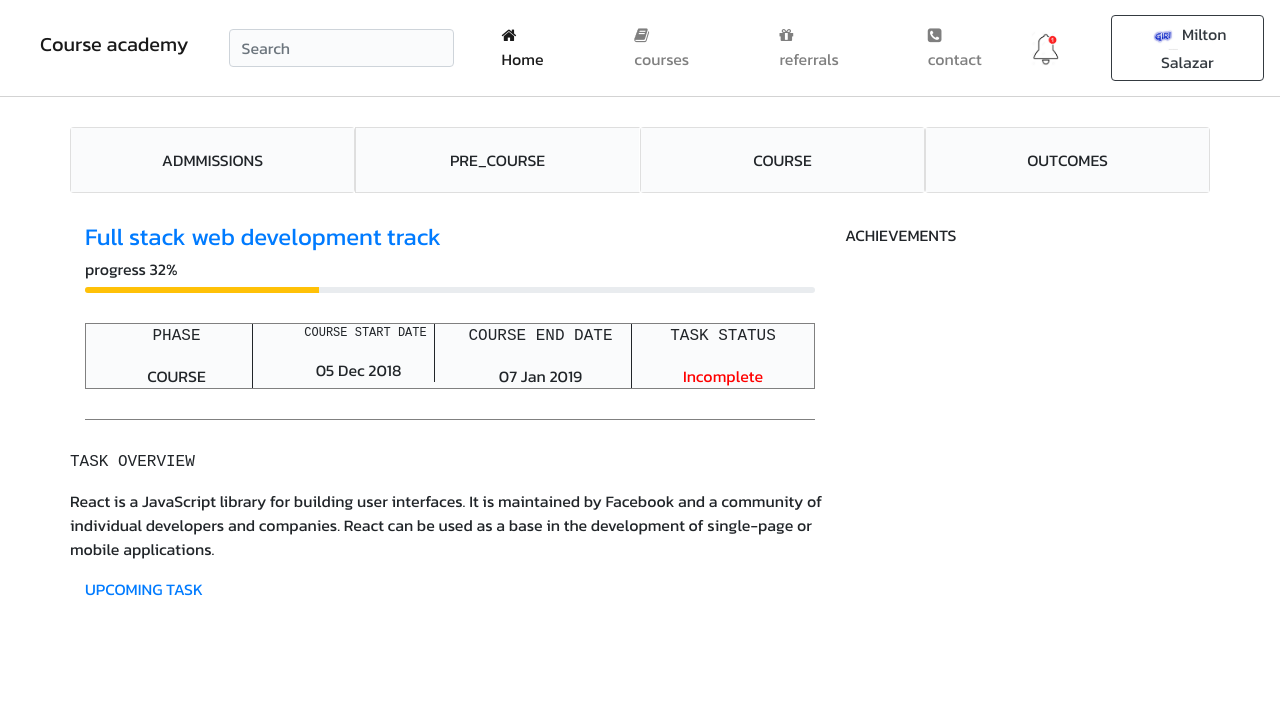
Repository: giribabu1997/html-layout
Page: task.html
An editor plug-in stored every save of this project. The page is shown before and after a run of saves, followed by the edit.
The browser window is 1280 px wide. The pictures show the whole page.
Some web fonts or font styles are not loaded; a fallback is used.

Above is the page before, as saved 2019-06-25 21:51:23.

After the next 5 saves:
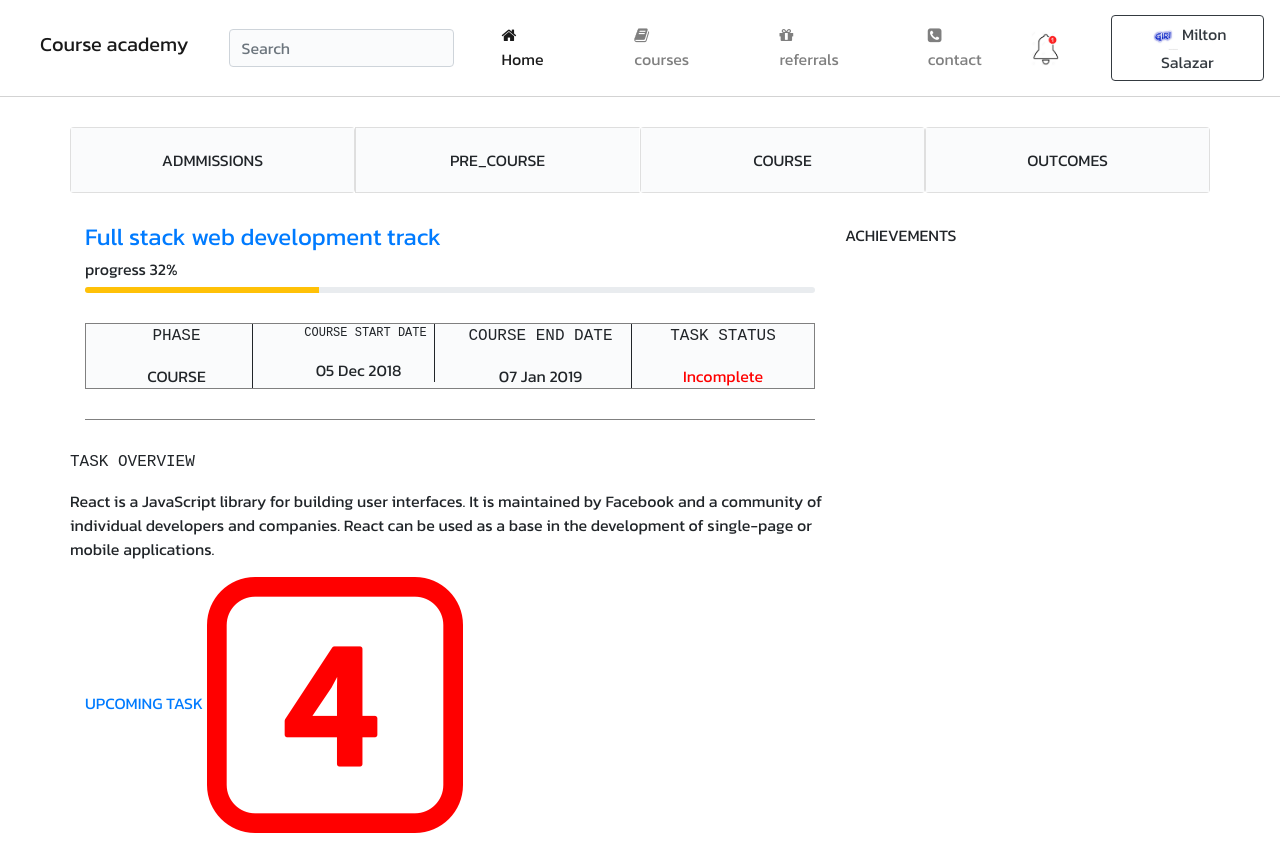
The 5 saves are shown as one change because they came seconds apart.
The last was saved 16 s later.
--- a/task.html
+++ b/task.html
@@ -150,7 +150,7 @@
                         of single-page or mobile applications.</p>
                 </div>
                 <div class="">
-                        <p class="text-primary">UPCOMING TASK <img src=""</p>
+                        <p class="text-primary">UPCOMING TASK <img src="4.png"</p>
                 </div>
             </div>
             <div class="col-4">
